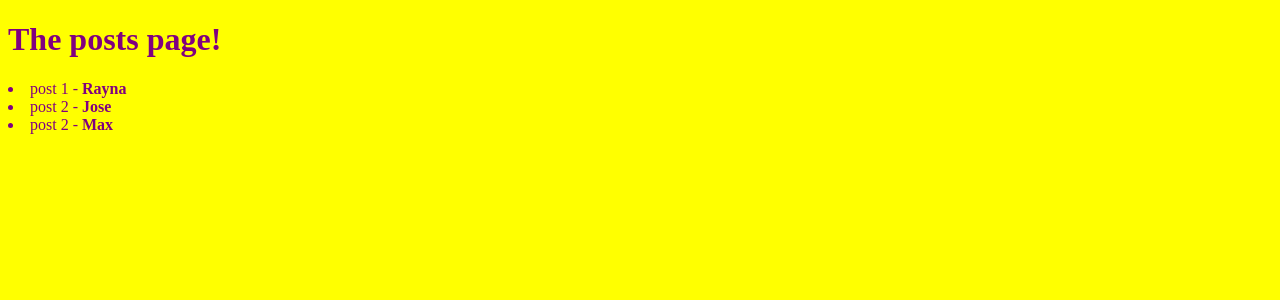
Repository: JoseSM1598/WebAppProjects
Page: http://localhost/posts
The author's editor kept a record of every edit. The page is drawn from the files as they stood at one moment, then again after the next edit.
The browser window is 1280 px wide. The pictures show the whole page.
The page is served by the project's Node server (MoreExpress/EJSDemo/app.js).

Above is the page before.

### MoreExpress/EJSDemo/views/post.ejs
<% include partials/header %>

<h1>The posts page!</h1>

<%for(var i = 0; i < posts.length; i++){%>
    <li>
    <%= posts[i].title %> - <strong><%= posts[i].author %></strong>
    </li>

<% } %>

### MoreExpress/EJSDemo/views/partials/header.ejs
<!--Allows us to create templates for html -->
<!DOCTYPE html>
<html>
    <head>
        <title>Demo App</title>
        <link rel = "stylesheet" href = "/app.css" </link>
    </head>
    <body>

### MoreExpress/EJSDemo/app.js
var express = require("express");
var app = express();


app.use(express.static("public"));

//Tells the server we will be passing in ejs files
app.set("view engine", "ejs");

app.get("/", function(req,res){
    res.render("home");

});

app.get("/love/:thing", function(req,res){
    var thing = req.params.thing;
    //Pass variables to the .ejs file as objects

    res.render("love", {thingVar:thing});
})

app.get("/posts", function(req,res){
    var posts = [
        {title:"post 1", author:"Rayna"},
        {title:"post 2", author:"Jose"},
        {title:"post 2", author:"Max"}
        ];

    res.render("post", {posts:posts});
})




app.listen(process.env.PORT, process.env.IP, function(){
    console.log("Server is listening");
})

### MoreExpress/EJSDemo/public/app.css
body{
    background:yellow;
    color:purple;
}

### MoreExpress/EJSDemo/views/partials/footer.ejs
        <p> Trademark 2015</p>
    </body>
</html>

After the next edit:
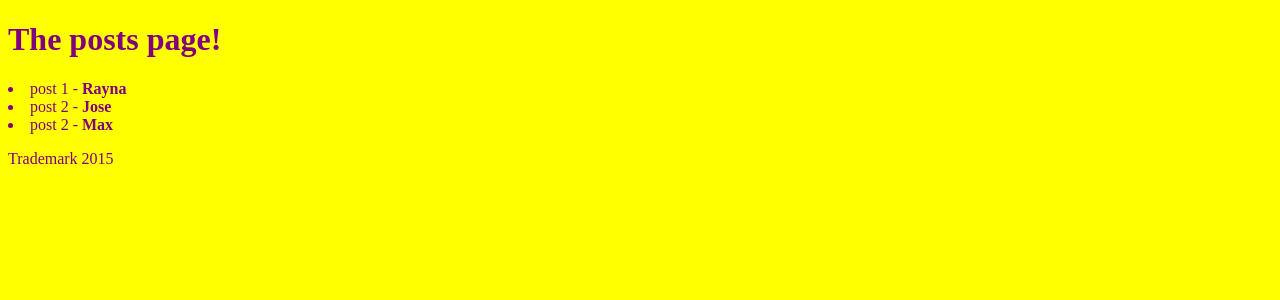
The edit:
--- a/MoreExpress/EJSDemo/views/post.ejs
+++ b/MoreExpress/EJSDemo/views/post.ejs
@@ -8,3 +8,5 @@
     </li>
 
 <% } %>
+
+<% include partials/footer%>
